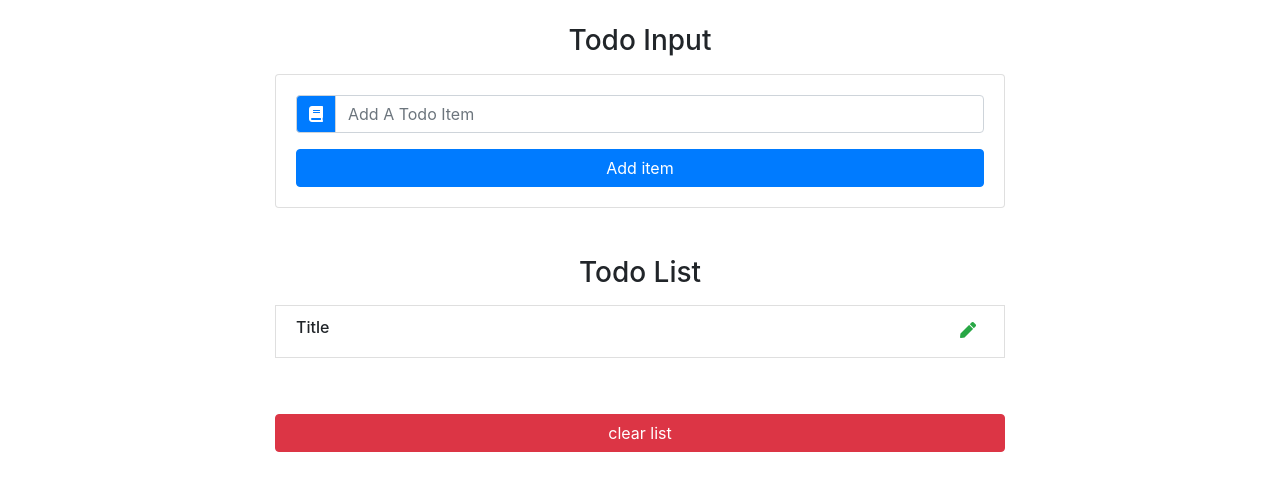
Repository: TomoyaKuroda/React-Simple-Todo-App
Page: /
An editor plug-in stored every save of this project. The page is shown before and after the next save, followed by the edit.
The browser window is 1280 px wide. The pictures show the whole page.
Some web libraries are served in a nearby version. The project was rebuilt for these pictures with package versions that can differ from the ones it lists, and the page was loaded fresh each time.

Above is the page before, as saved 2018-12-06 22:17:32.

After the next save:
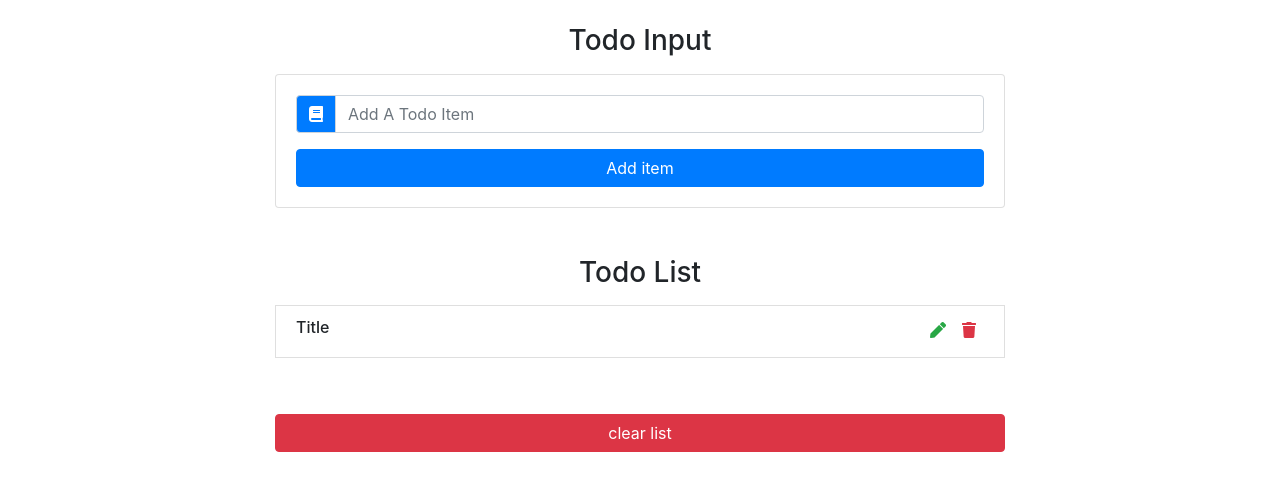
Saved 26 s later.
--- a/src/components/TodoItem.js
+++ b/src/components/TodoItem.js
@@ -9,6 +9,9 @@ export default class TodoItem extends Component {
 <span className="mx-2 text-success">
 <i className="fas fa-pen"></i>
 </span>
+          <span className="mx-2 text-danger">
+            <i className="fas fa-trash"></i>
+          </span>
 </div>
 </li>
     )
